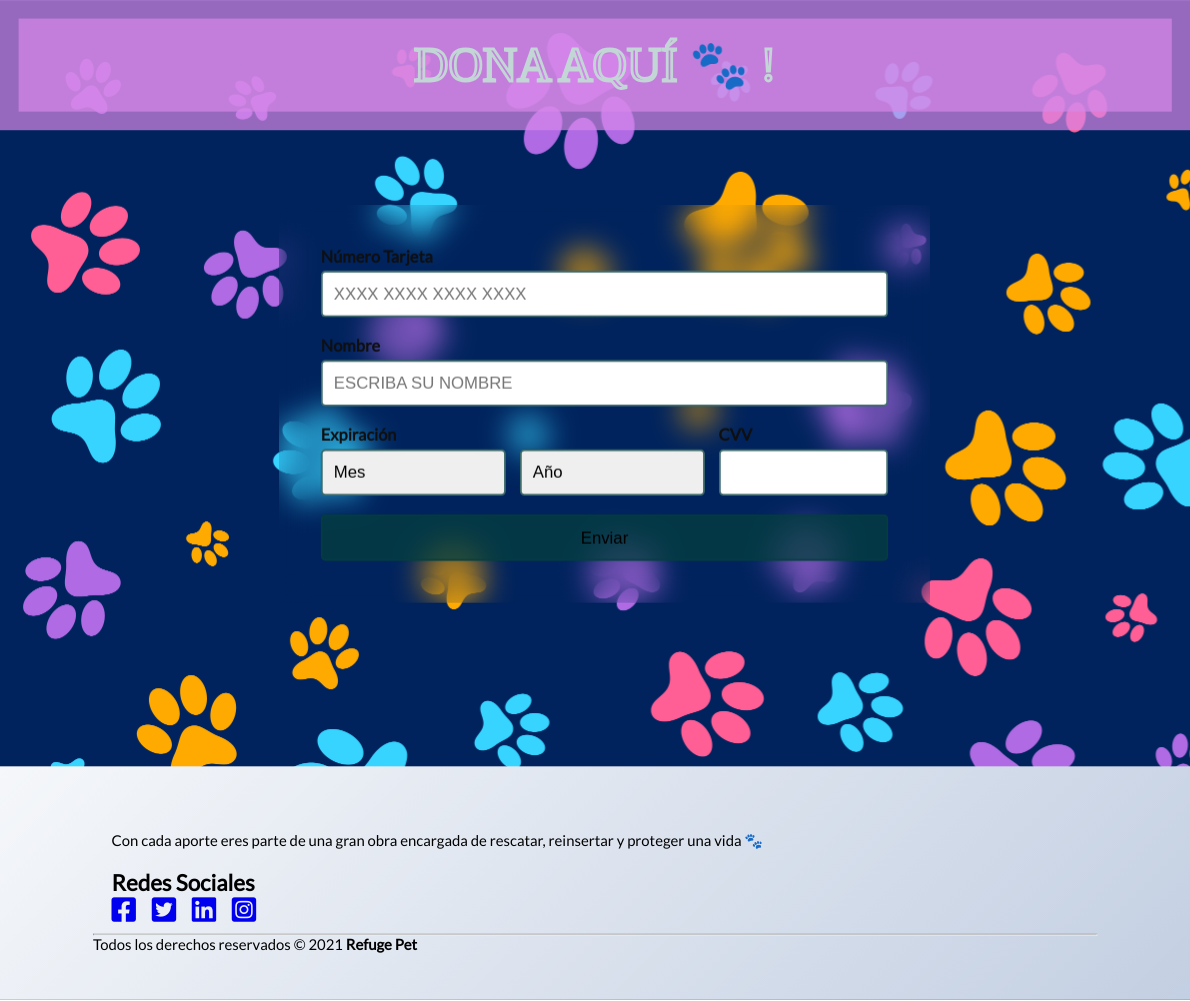
Repository: andreasvidal/SCL019-card-validation
Page: src/views/cardvalidation.html
The author's editor kept a copy of each file at every save. The page is drawn from the files as they stood at one save, then again after the next save.
The browser window is 1280 px wide. The pictures show the whole page, at 93% of full size.
Some web fonts or font styles are not loaded; a fallback is used. Some web libraries are served in a nearby version.

Above is the page before, as saved 2022-04-13 09:55:05.

### src/views/cardvalidation.html
<!DOCTYPE html>
<html lang="en">

<head>
    <meta charset="UTF-8" />
    <meta http-equiv="X-UA-Compatible" content="IE=edge" />
    <meta name="viewport" content="width=device-width, initial-scale=1.0" />
    <link rel="preconnect" href="https://fonts.googleapis.com" />
    <link rel="preconnect" href="https://fonts.gstatic.com" crossorigin />
    <link href="https://fonts.googleapis.com/css2?family=Lato:ital,wght@0,400;1,700&display=swap" rel="stylesheet" />
    <link rel="preconnect" href="https://fonts.googleapis.com" />
    <link rel="preconnect" href="https://fonts.gstatic.com" crossorigin />
    <link href="https://fonts.googleapis.com/css2?family=Hurricane&family=Lato:ital,wght@1,700&display=swap" rel="stylesheet" />
    <link rel="stylesheet" href="https://use.fontawesome.com/releases/v5.8.1/css/all.css" integrity="sha384-50oBUHEmvpQ+1lW4y57PTFmhCaXp0ML5d60M1M7uH2+nqUivzIebhndOJK28anvf" crossorigin="anonymous" />
    <link rel="stylesheet" href="../css/formstyle.css" />
    <link rel="stylesheet" href="../css/style.css" />
    <title>Formulario</title>
</head>

<!--contenido principal formulario-->

<body>
    <div class="subtitle">
        <p class="subtitle">DONA AQUÍ 🐾 !</p>
    </div>
    <form id="formValidation" class="form-validation">
        <div class="bg-blur">
            <div class="data-card" id="dataForm">
                <label for="inputNumber">Número Tarjeta</label>
                <input type="text" id="inputNumber" name="number" maxlength="16" autocomplete="off" pattern="[0-9]+" placeholder="XXXX XXXX XXXX XXXX" required />
                <h5 id="print"></h5>
            </div>
            <div class="data-card">
                <label for="inputNameUser">Nombre </label>
                <input type="text" id="inputNameUser" name="nameUser" placeholder="Escriba su nombre" required />
                <h5 id="print"></h5>
            </div>
            <!--datos expiración tarjeta-->
            <div class="flexbox">
                <div class="data-card expider-date">
                    <label for="monthSelect">Expiración</label>
                    <div class="flexbox">
                        <div class="data-card-select">
                            <select name="monthSelect" id="monthSelect" required>
                <option disabled selected>Mes</option>
                <option value="1">1</option>
                <option value="2">2</option>
                <option value="3">3</option>
                <option value="4">4</option>
                <option value="5">5</option>
                <option value="6">6</option>
                <option value="7">7</option>
                <option value="8">8</option>
                <option value="9">9</option>
                <option value="10">10</option>
                <option value="11">11</option>
                <option value="12">12</option>
              </select>
                        </div>
                        <div class="data-card-select">
                            <select name="yearSelect" id="yearSelect" required>
                <option disabled selected>Año</option>
                <option value="2">2014</option>
                <option value="5">2015</option>
                <option value="6">2016</option>
                <option value="7">2017</option>
                <option value="8">2018</option>
                <option value="9">2019</option>
                <option value="10">2020</option>
                <option value="11">2021</option>
                <option value="12">2022</option>
              </select>
                        </div>
                    </div>
                </div>
                <div class="data-card ccv">
                    <label for="inputCcv">CVV</label>
                    <input type="text" id="inputCcv" name="inputCcv" maxlength="3" required />
                </div>
            </div>
            <button type="submit" value="sendForm" class="btn-send" id="sendForm">
        Enviar
      </button>
        </div>
    </form>
    <footer>
        <div class="container__footer">
            <div class="box__footer">
                <div class="terms">
                    <p>
                        Con cada aporte eres parte de una gran obra encargada de rescatar, reinsertar y proteger una vida 🐾
                    </p>
                </div>
            </div>
            <div class="box__footer">
                <h2>Redes Sociales</h2>
                <a href="#"> <i class="fab fa-facebook-square"></i></a>
                <a href="#"><i class="fab fa-twitter-square"></i></a>
                <a href="#"><i class="fab fa-linkedin"></i></a>
                <a href="#"><i class="fab fa-instagram-square"></i></a>
            </div>
        </div>
        <div class="box__copyright">
            <hr />
            <p>Todos los derechos reservados © 2021 <b>Refuge Pet</b></p>
        </div>
    </footer>
    <!-- jQuery-->
    <script src="https://ajax.googleapis.com/ajax/libs/jquery/3.6.0/jquery.min.js"></script>
    <!--materialize -->
    <!--JS-->
    <script src="../js/index.js" type="module"></script>
</body>

</html>

### src/css/formstyle.css
* {
    padding: 0;
    margin: 0;
    box-sizing: border-box;
}

body {
    font-family: 'Lato', 'sans-serif';
    background-image: url(../assets/img/fondopatas.jpg);
    background-size: cover;
    background-repeat: no-repeat;
}


/*estilos formulario validacion*/

.form-validation {
    color: beige;
    width: 100%;
    max-width: 700px;
    margin-left: 300px;
    border-radius: 10px;
    position: relative;
    top: 80px;
    z-index: 1;
}

.bg-blur {
    backdrop-filter: blur(1rem);
    width: 100%;
    padding: 45px;
}

.form-validation label {
    display: block;
    color: rgb(15, 15, 15);
    margin-bottom: 5px;
    font-size: 1.1rem;
    font-weight: 700;
}

.form-validation input,
.form-validation select,
.btn-send {
    border: 2px solid rgba(4, 63, 63, 0.753);
    font-size: 18px;
    height: 50px;
    width: 100%;
    padding: 5px 12px;
    border-radius: 5px;
}

.form-validation input:hover,
.form-validation select:hover {
    border: 2px solid rgb(23, 24, 24);
}

.form-validation input:focus,
.form-validation select:focus {
    outline: rgb(173, 182, 182);
    box-shadow: 0 8px 8px 0 rgba(32, 38, 46, 0.3);
}

.form-validation input {
    margin-bottom: 20px;
    text-transform: uppercase;
}

.form-validation .flexbox {
    display: flex;
    justify-content: space-between;
}

.form-validation .expider-date {
    width: 100%;
}

.form-validation .ccv {
    min-width: 10px;
}

.form-validation .data-card-select {
    width: 100%;
    margin-right: 15px;
    position: relative;
}

.form-validation select {
    -webkit-appearance: none;
}


/*backgrond btn enviar*/

.btn-send {
    background: rgba(4, 63, 63, 0.753);
    ;
}

.btn-send:hover {
    background-color: rgba(94, 126, 136, 0.651);
    cursor: pointer;
}

#print {
    color: rgb(38, 41, 41);
    font-size: 16px;
}


/*footer*/

.terms {
    height: 30px;
    margin-bottom: 50px;
}

footer {
    width: 100%;
    padding: 50px 100px;
    margin-top: 20%;
    background-size: cover;
    /*background: rgb(58, 89, 180);*/
    background-image: linear-gradient(135deg, #f5f7fa 0%, #c3cfe2 100%);
}

.box__footer {
    padding: 20px;
    height: 10px;
}

.fab {
    padding-right: 40px;
    width: 20px;
    height: 20px;
    font-size: 30px;
}

.box__copyright {
    padding-top: 50px;
}

### src/css/style.css
 * {
     padding: 0;
     margin: 0;
     box-sizing: border-box;
 }

 body {
     font-family: 'Lato', 'sans-serif';
     background-image: url(../assets/img/fondopatas.jpg);
 }
 /*estilo titulo*/

 .title-h1 {
     font-family: 'Raleway', sans-serif;
     text-decoration: underline overline wavy rgba(183, 0, 255, 0.514);
     padding: 40px 100px;
     color: rgb(74, 80, 80);
     display: flex;
     flex-direction: column;
     align-items: center;
     box-shadow: 0 10px 10px 0 rgba(90, 116, 148, 0.3);
     background-image: linear-gradient(135deg, #f5f7fa 0%, #c3cfe2 100%);
     font-size: 8vw;
 }

 .subtitle {
     font-family: 'Shadows Into Light', cursive;
     padding: 20px 20px;
     color: rgb(74, 80, 80);
     font-size: 4vw;
     -webkit-text-fill-color: transparent;
     -webkit-text-stroke: 3px rgb(195, 214, 214);
     text-align: center;
     background-color: rgb(214, 136, 233, 0.7);
 }

 .img-banner {
     display: flex;
     height: 500px;
     z-index: -1;
     flex-direction: row;
     margin-left: 50px;
     align-items: center;
     margin-bottom: -50px;
     border-radius: 15px;
 }
 /*contenedor tarjeta*/

 .container {
     width: 90%;
     max-width: 1000px;
     padding: 20px 60px;
     margin: auto;
     display: flex;
     /* deja los elementos en forma de columna*/
     flex-direction: column;
     /*align-items no sirve para centrar de forma vertical (se utiliza justify), se utiliza al cambiar la dirección con flex-direction*/
     align-items: center;
 }
 /*estilo tarjeta*/

 .card {
     padding-top: 30px;
     width: 100%;
     max-width: 550px;
     position: relative;
     color: rgb(37, 36, 36);
     cursor: pointer;
 }

 .card>div {
     padding: 30px;
     border-radius: 15px;
     min-height: 315px;
     display: flex;
     flex-direction: column;
     justify-content: space-between;
     box-shadow: 0 10px 10px 0 rgba(90, 116, 148, 0.822);
 }

 .style-card {
     width: 100%;
     background: url(../assets/img/background-card/bg-img-2.jpg);
     background-size: cover;
 }
 /*para mantener el espeacio de la imagen logo (contenedor vacio)*/

 .style-card .logo-card {
     text-align: right;
     min-height: 50px;
 }

 .style-card .logo-card img {
     width: 100%;
     height: 100%;
     object-fit: cover;
     max-width: 80px;
 }

 .style-card .chip-card {
     width: 100%;
     max-width: 50px;
     margin-bottom: 20px;
 }

 .style-card .form-group .card-label {
     font-size: 16px;
     color: rgb(115, 131, 131);
     margin-bottom: 5px;
 }

 .style-card .card-group .number-card,
 .style-card .card-group .name-card,
 .style-card .card-group .expider {
     /*color: rgb(74, 80, 80);*/
     font-size: 22px;
     text-transform: uppercase;
 }

 .style-card .flexbox {
     display: flex;
     justify-content: space-between;
     margin-top: 20px;
 }
 /*btn abrir formulario*/

 .btn-open {
     color: rgb(195, 214, 214);
     box-shadow: 0 10px 10px 0 rgba(90, 116, 148, 0.3);
     background: rgba(183, 0, 255, 0.514);
     width: 50px;
     height: 50px;
     margin-top: -10px;
     border-radius: 100%;
     z-index: 2;
 }

 .btn-open:hover {
     opacity: 0.50;
     -moz-opacity: .50;
     filter: alpha (opacity=50);
 }

 .btn-open {
     text-decoration: none;
     padding-top: 15px;
     text-align: center;
 }
 /*footer*/

 .terms {
     height: 30px;
     margin-bottom: 50px;
 }

 footer {
     width: 100%;
     padding: 50px 100px;
     margin-top: 20%;
     background-size: cover;
     /*background: rgb(58, 89, 180);*/
     background-image: linear-gradient(135deg, #f5f7fa 0%, #c3cfe2 100%);
     box-shadow: 0 10px 10px 0 rgba(90, 116, 148, 0.3);
 }

 .box__footer {
     padding: 20px;
     height: 10px;
 }

 .fab {
     padding-right: 40px;
     width: 20px;
     height: 20px;
     font-size: 30px;
 }

 .box__copyright {
     padding-top: 50px;
 }

### src/js/index.js
/*import validator from '../js/validator.js';

//Llamando al DOM

const btnForm = document.getElementById("sendForm");
const form = document.getElementById("#formValidation");
btnForm.addEventListener('click', function(e) {
    e.preventDefault();
    let creditCardNumber = document.getElementById('inputNumber').value;
    let maskified = validator.maskify(creditCardNumber);
    if (creditCardNumber === "") {
        return document.getElementById("print").innerHTML = "Reingrese su número de tarjeta sin espacios ni carácteres especiales";
    } else {
        return document.getElementById("print").innerHTML = "Tu tarjeta N° " + maskified + " es válida";
    }
})


// inputName solo letras, inputCcv y inputNumber  solo numeros
let inputNumber = document.getElementById('inputNumber');
let inputName = document.getElementById('inputNameUser');
let inputCcv = document.getElementById('inputCcv');

const onlyNum = /[^0-9]/g;
const onlypLet = /[^a-zA-ZÑñáéíóúÁÉÍÓÚ\s]*$/g;
inputNumber.addEventListener('input', function() {
    inputNumber.value = inputNumber.value.replace(onlyNum, '');
});
inputName.addEventListener('input', function() {
    inputName.value = inputName.value.replace(onlypLet, '');
});
inputCcv.addEventListener('input', function() {
    inputCcv.value = inputCcv.value.replace(onlyNum, '');
});

// mes y años
for (let i = 1; i <= 12; i++) {
    let optionDate = document.createElement('option');
    optionDate.value = i;
    optionDate.innerText = i;
    form.monthSelect.appendChild(optionDate);
}

// * Select del año generado dinamicamente.
const yearActual = new Date().getFullYear();
for (let i = yearActual; i <= yearActual + 8; i++) {
    let optionDate = document.createElement('option');
    optionDate.value = i;
    optionDate.innerText = i;
    optionDate.selectYear.appendChild(optionDate);
}*/

After the next save:
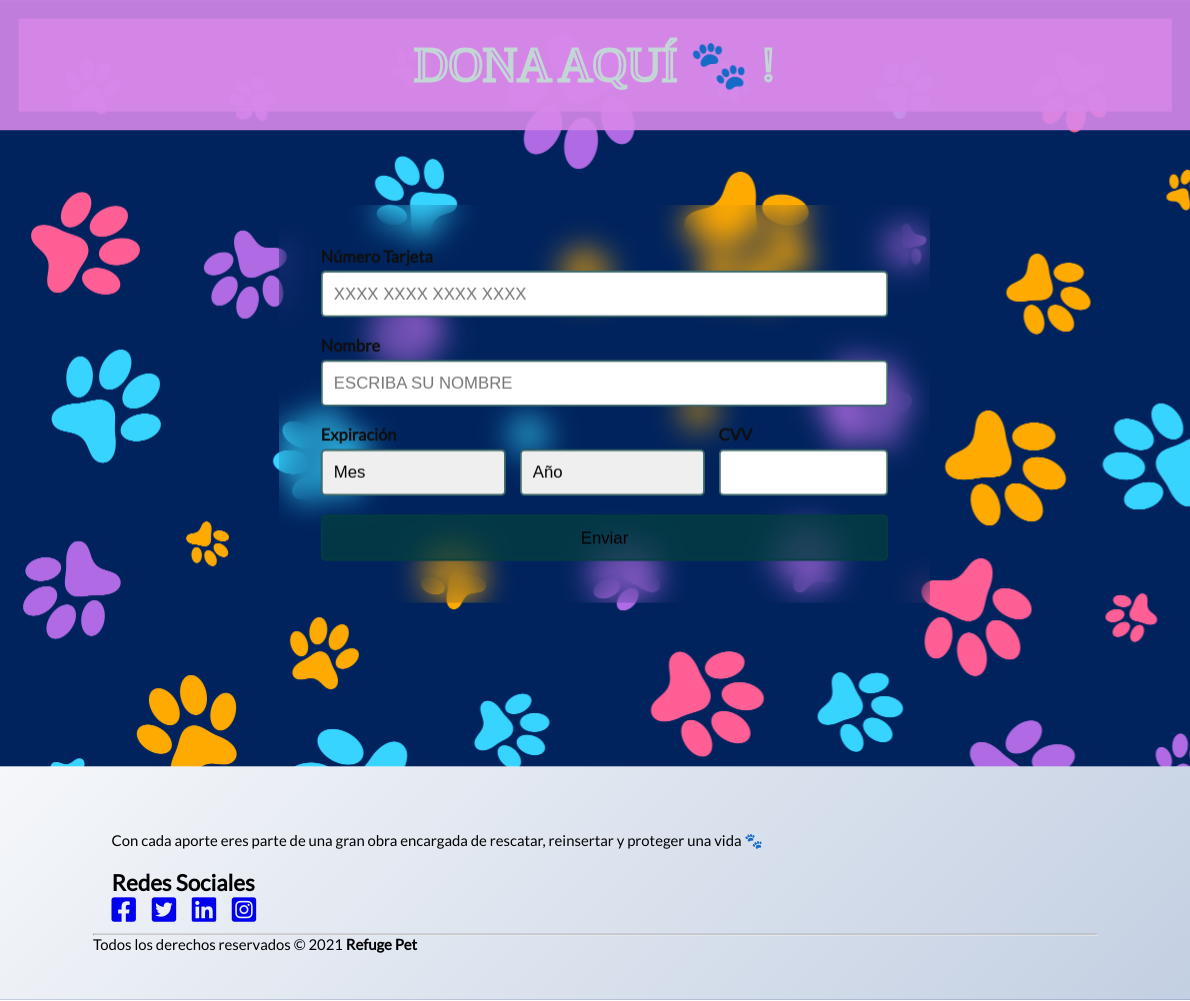
Saved 11 s later.
--- a/src/css/style.css
+++ b/src/css/style.css
@@ -31,7 +31,7 @@
      -webkit-text-fill-color: transparent;
      -webkit-text-stroke: 3px rgb(195, 214, 214);
      text-align: center;
-     background-color: rgb(214, 136, 233, 0.7);
+     background-color: rgb(214, 136, 233, 0.9);
  }
 
  .img-banner {
